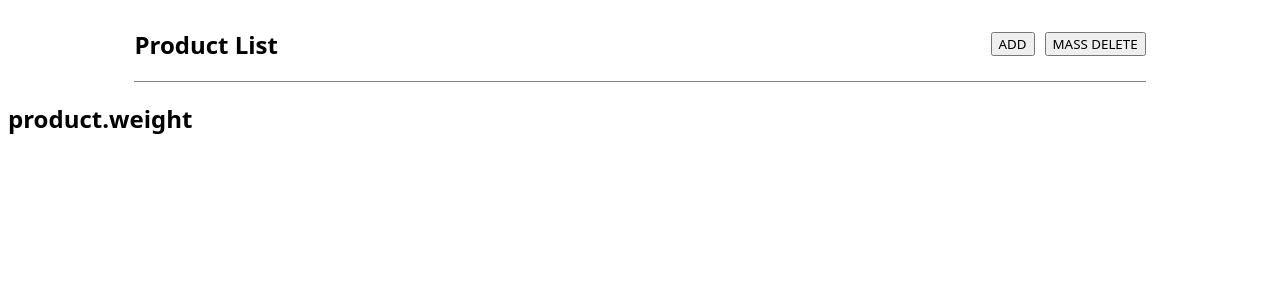
Repository: gabyto19/scandiweb
Page: http://localhost/
These files come from the project's save history. The page is drawn as it stood at one moment and after the next save; the edit follows.
The browser window is 1280 px wide. The pictures show the whole page.
Some web libraries are served in a nearby version. The page is run by PHP 8.4 with error messages shown; the project is at /var/www/html/. Queries for data that is not in the repository find no rows.

Above is the page before, as saved 2023-03-09 17:15:22.

After the next save:
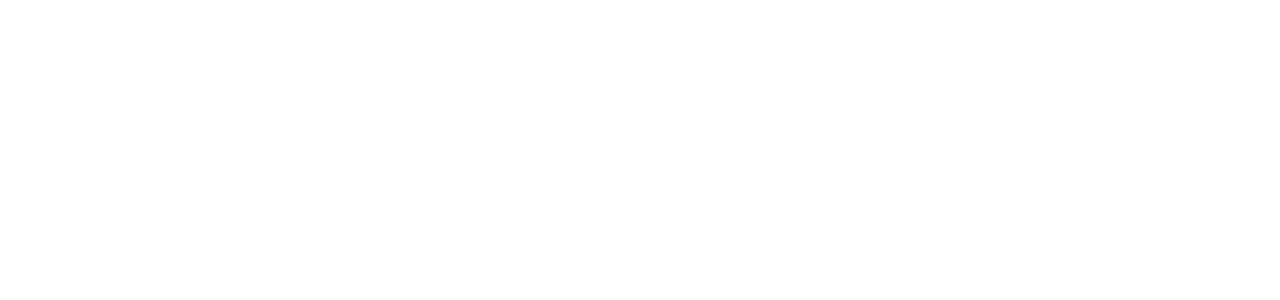
Console error: TypeError: Cannot read properties of undefined (reading 'weight')
Saved 10 s later.
--- a/index.php
+++ b/index.php
@@ -22,7 +22,7 @@
         <button class="delete-checkbox" id="delete-product-btn" @click="deleteProducts()">MASS DELETE</button>
       </div>
     </nav>
-    <h1>product.weight</h1>
+    <h1>{{product.weight}}</h1>
     <div class="grid-container">
       <div v-for="product in products" :key="product.sku">
         <input type="checkbox" id="delete-checkbox" class="delete-checkbox" v-model="selectedProducts"

After the save that followed:
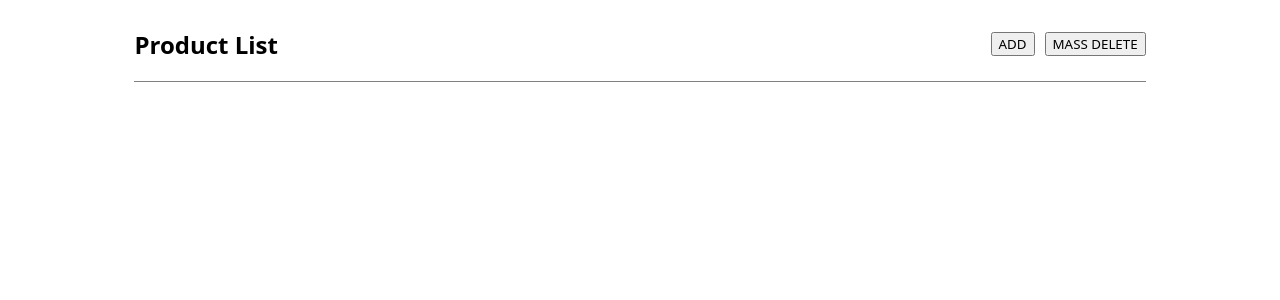
The error is gone.
Saved 19 s later.
--- a/index.php
+++ b/index.php
@@ -22,7 +22,7 @@
         <button class="delete-checkbox" id="delete-product-btn" @click="deleteProducts()">MASS DELETE</button>
       </div>
     </nav>
-    <h1>{{product.weight}}</h1>
+
     <div class="grid-container">
       <div v-for="product in products" :key="product.sku">
         <input type="checkbox" id="delete-checkbox" class="delete-checkbox" v-model="selectedProducts"
@@ -40,7 +40,7 @@
           <p>Dimension: {{product.height}}x{{product.width}}x{{product.length}}</p>
 
         </div>
-
+        <h1>{{product.weight}}</h1>
       </div>
     </div>
   </section>
